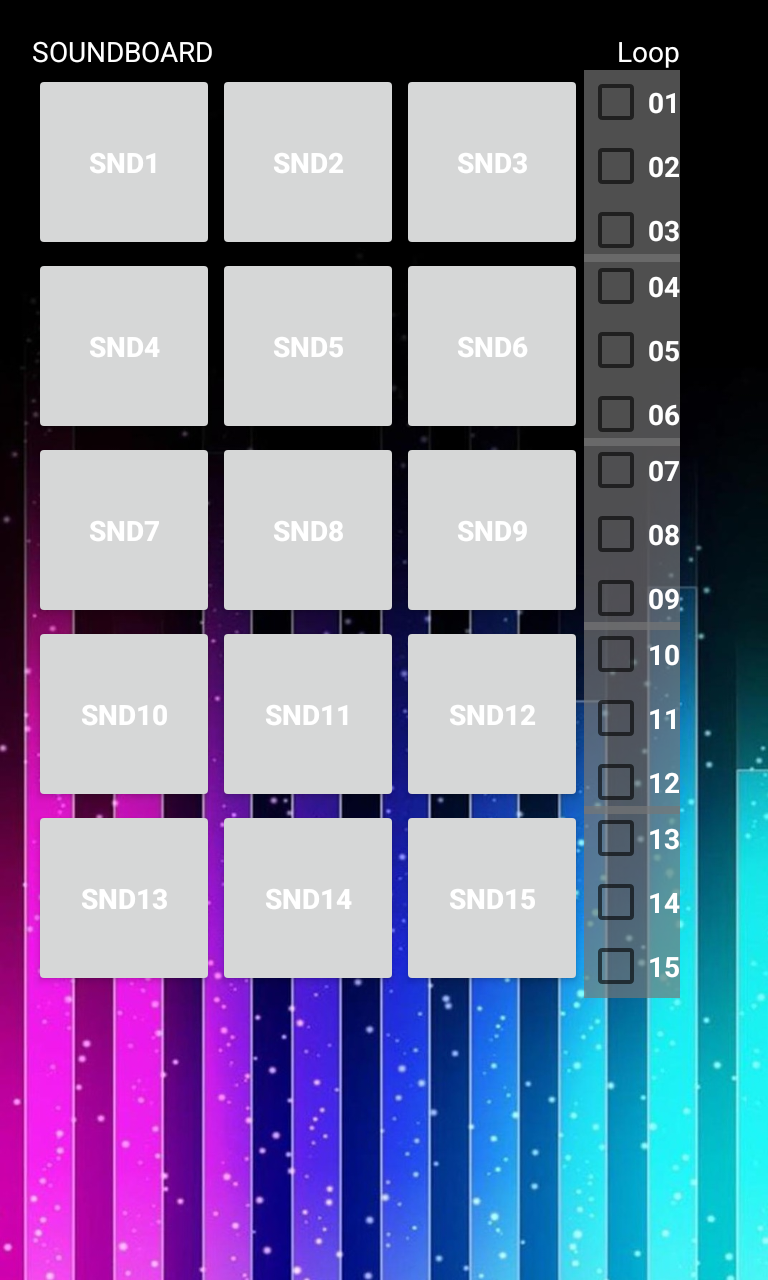
Repository: SoundBoardJAMJ/Project
Layout: workspace/SoundBoard/res/layout/defboard.xml
An editor plug-in stored every save of this project. The layout is shown before and after the next save, followed by the edit.
It is drawn on a 768 x 1280 px phone screen (xhdpi) without system bars, with theme AppTheme; the app's code is not run.

Above is the layout before, as saved 2014-05-02 07:33:20.

### workspace/SoundBoard/res/layout/defboard.xml
<ScrollView xmlns:android="http://schemas.android.com/apk/res/android"
xmlns:tools="http://schemas.android.com/tools"
android:layout_width="match_parent"
android:background="@drawable/image1"
android:layout_height="match_parent" >

<RelativeLayout
    android:layout_width="match_parent"
    android:layout_height="600dp"
    android:paddingBottom="@dimen/activity_vertical_margin"
    android:paddingLeft="@dimen/activity_horizontal_margin"
    android:paddingRight="@dimen/activity_horizontal_margin"
    android:paddingTop="@dimen/activity_vertical_margin"
    tools:context="com.example.soundtest.DefBoard$PlaceholderFragment" >

    <TextView
        android:id="@+id/textView1"
        android:layout_width="wrap_content"
        android:layout_height="wrap_content"
        android:textColor="@android:color/white"
        android:alpha="1.0"
        android:text="SOUNDBOARD" />

    <Button
        android:id="@+id/button1"
        android:layout_width="92dp"
        android:layout_height="92dp"
        android:layout_alignLeft="@+id/textView1"
        android:layout_below="@+id/textView1"
        android:onClick="ButtonOnClick"
        android:textColor="@android:color/white"
        android:alpha="1.0"
        android:textStyle="bold"
        android:text="snd1" />

    <Button
        android:id="@+id/button3"
        android:layout_width="92dp"
        android:layout_height="92dp"
        android:layout_alignBaseline="@+id/button2"
        android:layout_alignBottom="@+id/button2"
        android:layout_toRightOf="@+id/button2"
        android:onClick="ButtonOnClick"
        android:textColor="@android:color/white"
        android:alpha="1.0"
        android:textStyle="bold"
        android:text="snd3" />

    <Button
        android:id="@+id/button2"
        android:layout_width="92dp"
        android:layout_height="92dp"
        android:layout_alignBaseline="@+id/button1"
        android:layout_alignBottom="@+id/button1"
        android:layout_toRightOf="@+id/button1"
        android:onClick="ButtonOnClick"
        android:textColor="@android:color/white"
        android:alpha="1.0"
        android:textStyle="bold"
        android:text="snd2" />

    <Button
        android:id="@+id/button8"
        android:layout_width="92dp"
        android:layout_height="92dp"
        android:layout_alignBaseline="@+id/button7"
        android:layout_alignBottom="@+id/button7"
        android:layout_toRightOf="@+id/button4"
        android:onClick="ButtonOnClick"
        android:textColor="@android:color/white"
        android:alpha="1.0"
        android:textStyle="bold"
        android:text="snd8" />

    <Button
        android:id="@+id/button7"
        android:layout_width="92dp"
        android:layout_height="92dp"
        android:layout_below="@+id/button4"
        android:layout_toLeftOf="@+id/button8"
        android:onClick="ButtonOnClick"
        android:textColor="@android:color/white"
        android:alpha="1.0"
        android:textStyle="bold"
        android:text="snd7" />

    <Button
        android:id="@+id/button6"
        android:layout_width="92dp"
        android:layout_height="92dp"
        android:layout_alignBaseline="@+id/button5"
        android:layout_alignBottom="@+id/button5"
        android:layout_toRightOf="@+id/button5"
        android:onClick="ButtonOnClick"
        android:textColor="@android:color/white"
        android:alpha="1.0"
        android:textStyle="bold"
        android:text="snd6" />

    <Button
        android:id="@+id/button9"
        android:layout_width="92dp"
        android:layout_height="92dp"
        android:layout_alignBaseline="@+id/button8"
        android:layout_alignBottom="@+id/button8"
        android:layout_alignLeft="@+id/button6"
        android:onClick="ButtonOnClick"
        android:textColor="@android:color/white"
        android:alpha="1.0"
        android:textStyle="bold"
        android:text="snd9" />

    <Button
        android:id="@+id/button5"
        android:layout_width="92dp"
        android:layout_height="92dp"
        android:layout_below="@+id/button1"
        android:layout_toRightOf="@+id/button1"
        android:onClick="ButtonOnClick"
        android:textColor="@android:color/white"
        android:alpha="1.0"
        android:textStyle="bold"
        android:text="snd5" />

    <Button
        android:id="@+id/button10"
        android:layout_width="92dp"
        android:layout_height="92dp"
        android:layout_alignParentLeft="true"
        android:layout_below="@+id/button7"
        android:onClick="ButtonOnClick"
        android:textColor="@android:color/white"
        android:alpha="1.0"
        android:textStyle="bold"
        android:text="snd10" />

    <Button
        android:id="@+id/button11"
        android:layout_width="92dp"
        android:layout_height="92dp"
        android:layout_alignBaseline="@+id/button10"
        android:layout_alignBottom="@+id/button10"
        android:layout_toRightOf="@+id/button10"
        android:onClick="ButtonOnClick"
        android:textColor="@android:color/white"
        android:alpha="1.0"
        android:textStyle="bold"
        android:text="snd11" />

    <Button
        android:id="@+id/button13"
        android:layout_width="92dp"
        android:layout_height="92dp"
        android:layout_alignParentLeft="true"
        android:layout_below="@+id/button10"
        android:onClick="ButtonOnClick"
        android:textColor="@android:color/white"
        android:alpha="1.0"
        android:textStyle="bold"
        android:text="snd13" />

    <Button
        android:id="@+id/button14"
        android:layout_width="92dp"
        android:layout_height="92dp"
        android:layout_below="@+id/button10"
        android:layout_toLeftOf="@+id/button12"
        android:alpha="1.0"
        android:onClick="ButtonOnClick"
        android:text="snd14"
        android:textColor="@android:color/white"
        android:textStyle="bold" />

    <Button
        android:id="@+id/button15"
        android:layout_width="92dp"
        android:layout_height="92dp"
        android:layout_below="@+id/button11"
        android:layout_toRightOf="@+id/button14"
        android:alpha="1.0"
        android:onClick="ButtonOnClick"
        android:text="snd15"
        android:textColor="@android:color/white"
        android:textStyle="bold" />

    <Button
        android:id="@+id/button12"
        android:layout_width="92dp"
        android:layout_height="92dp"
        android:layout_below="@+id/button8"
        android:layout_toRightOf="@+id/button11"
        android:onClick="ButtonOnClick"
        android:textColor="@android:color/white"
        android:alpha="1.0"
        android:textStyle="bold"
        android:text="snd12" />

    <Button
        android:id="@+id/button4"
        android:layout_width="92dp"
        android:layout_height="92dp"
        android:layout_alignBaseline="@+id/button5"
        android:layout_alignBottom="@+id/button5"
        android:layout_toLeftOf="@+id/button5"
        android:onClick="ButtonOnClick"
        android:textColor="@android:color/white"
        android:alpha="1.0"
        android:textStyle="bold"
        android:text="snd4" />

    <CheckBox
        android:id="@+id/checkBox1"
        android:layout_width="wrap_content"
        android:layout_height="wrap_content"
        android:layout_alignTop="@+id/button3"
        android:layout_toRightOf="@+id/button3"
        android:alpha="1.0"
        android:onClick="TogOnClick"
        android:text="01"
        android:background="#AA777777"
        android:textColor="@android:color/white"
        android:textStyle="bold" />

    <CheckBox
        android:id="@+id/checkBox2"
        android:layout_width="wrap_content"
        android:layout_height="wrap_content"
        android:layout_below="@+id/checkBox1"
        android:layout_toRightOf="@+id/button3"
        android:onClick="TogOnClick"
        android:textColor="@android:color/white"
        android:alpha="1.0"
        android:textStyle="bold"
        android:background="#AA777777"
        android:text="02" />

    <CheckBox
        android:id="@+id/checkBox3"
        android:layout_width="wrap_content"
        android:layout_height="wrap_content"
        android:layout_alignLeft="@+id/checkBox2"
        android:layout_below="@+id/checkBox2"
        android:onClick="TogOnClick"
        android:textColor="@android:color/white"
        android:alpha="1.0"
        android:textStyle="bold"
        android:background="#AA777777"
        android:text="03" />

    <CheckBox
        android:id="@+id/checkBox4"
        android:layout_width="wrap_content"
        android:layout_height="wrap_content"
        android:layout_alignTop="@+id/button6"
        android:layout_toRightOf="@+id/button6"
        android:onClick="TogOnClick"
        android:textColor="@android:color/white"
        android:alpha="1.0"
        android:textStyle="bold"
        android:background="#AA777777"
        android:text="04" />

    <CheckBox
        android:id="@+id/checkBox5"
        android:layout_width="wrap_content"
        android:layout_height="wrap_content"
        android:layout_below="@+id/checkBox4"
        android:layout_toRightOf="@+id/button6"
        android:onClick="TogOnClick"
        android:textColor="@android:color/white"
        android:alpha="1.0"
        android:textStyle="bold"
        android:background="#AA777777"
        android:text="05" />

    <CheckBox
        android:id="@+id/checkBox6"
        android:layout_width="wrap_content"
        android:layout_height="wrap_content"
        android:layout_below="@+id/checkBox5"
        android:layout_toRightOf="@+id/button6"
        android:onClick="TogOnClick"
        android:textColor="@android:color/white"
        android:alpha="1.0"
        android:background="#AA777777"
        android:textStyle="bold"
        android:text="06" />

    <CheckBox
        android:id="@+id/checkBox7"
        android:layout_width="wrap_content"
        android:layout_height="wrap_content"
        android:layout_alignTop="@+id/button9"
        android:layout_toRightOf="@+id/button9"
        android:onClick="TogOnClick"
        android:textColor="@android:color/white"
        android:alpha="1.0"
        android:textStyle="bold"
        android:background="#AA777777"
        android:text="07" />

    <CheckBox
        android:id="@+id/checkBox8"
        android:layout_width="wrap_content"
        android:layout_height="wrap_content"
        android:layout_below="@+id/checkBox7"
        android:layout_toRightOf="@+id/button9"
        android:onClick="TogOnClick"
        android:textColor="@android:color/white"
        android:alpha="1.0"
        android:textStyle="bold"
        android:background="#AA777777"
        android:text="08" />

    <CheckBox
        android:id="@+id/checkBox9"
        android:layout_width="wrap_content"
        android:layout_height="wrap_content"
        android:layout_below="@+id/checkBox8"
        android:layout_toRightOf="@+id/button9"
        android:onClick="TogOnClick"
        android:textColor="@android:color/white"
        android:alpha="1.0"
        android:textStyle="bold"
        android:background="#AA777777"
        android:text="09" />

    <CheckBox
        android:id="@+id/checkBox10"
        android:layout_width="wrap_content"
        android:layout_height="wrap_content"
        android:layout_alignTop="@+id/button12"
        android:layout_toRightOf="@+id/button12"
        android:onClick="TogOnClick"
        android:textColor="@android:color/white"
        android:alpha="1.0"
        android:textStyle="bold"
        android:background="#AA777777"
        android:text="10" />

    <CheckBox
        android:id="@+id/checkBox11"
        android:layout_width="wrap_content"
        android:layout_height="wrap_content"
        android:layout_below="@+id/checkBox10"
        android:layout_toRightOf="@+id/button12"
        android:onClick="TogOnClick"
        android:textColor="@android:color/white"
        android:alpha="1.0"
        android:textStyle="bold"
        android:background="#AA777777"
        android:text="11" />

    <CheckBox
        android:id="@+id/checkBox12"
        android:layout_width="wrap_content"
        android:layout_height="wrap_content"
        android:layout_alignLeft="@+id/checkBox11"
        android:layout_below="@+id/checkBox11"
        android:onClick="TogOnClick"
        android:textColor="@android:color/white"
        android:alpha="1.0"
        android:textStyle="bold"
        android:background="#AA777777"
        android:text="12" />

    <CheckBox
        android:id="@+id/checkBox13"
        android:layout_width="wrap_content"
        android:layout_height="wrap_content"
        android:layout_alignTop="@+id/button15"
        android:layout_toRightOf="@+id/button15"
        android:onClick="TogOnClick"
        android:textColor="@android:color/white"
        android:alpha="1.0"
        android:textStyle="bold"
        android:background="#AA777777"
        android:text="13" />

    <CheckBox
        android:id="@+id/checkBox14"
        android:layout_width="wrap_content"
        android:layout_height="wrap_content"
        android:layout_below="@+id/checkBox13"
        android:layout_toRightOf="@+id/button15"
        android:onClick="TogOnClick"
        android:textColor="@android:color/white"
        android:alpha="1.0"
        android:background="#AA777777"
        android:textStyle="bold"
        android:text="14" />

    <CheckBox
        android:id="@+id/checkBox15"
        android:layout_width="wrap_content"
        android:layout_height="wrap_content"
        android:layout_below="@+id/checkBox14"
        android:layout_toRightOf="@+id/button15"
        android:onClick="TogOnClick"
        android:textColor="@android:color/white"
        android:alpha="1.0"
        android:textStyle="bold"
        android:background="#AA777777"
        android:text="15" />

    <TextView
        android:id="@+id/textView2"
        android:layout_width="wrap_content"
        android:layout_height="wrap_content"
        android:layout_alignBottom="@+id/textView1"
        android:layout_alignRight="@+id/checkBox10"
        android:textColor="@android:color/white"
        android:alpha="1.0"
        android:text="Loop" />

</RelativeLayout>
</ScrollView>

Loaded but not shown: workspace/SoundBoard/res/values/styles.xml (common file); workspace/SoundBoard/res/values-v11/styles.xml (common file); workspace/SoundBoard/res/values-v14/styles.xml (common file); workspace/SoundBoard/res/values/dimens.xml (common file); workspace/SoundBoard/res/values-w820dp/dimens.xml (common file)

After the next save:
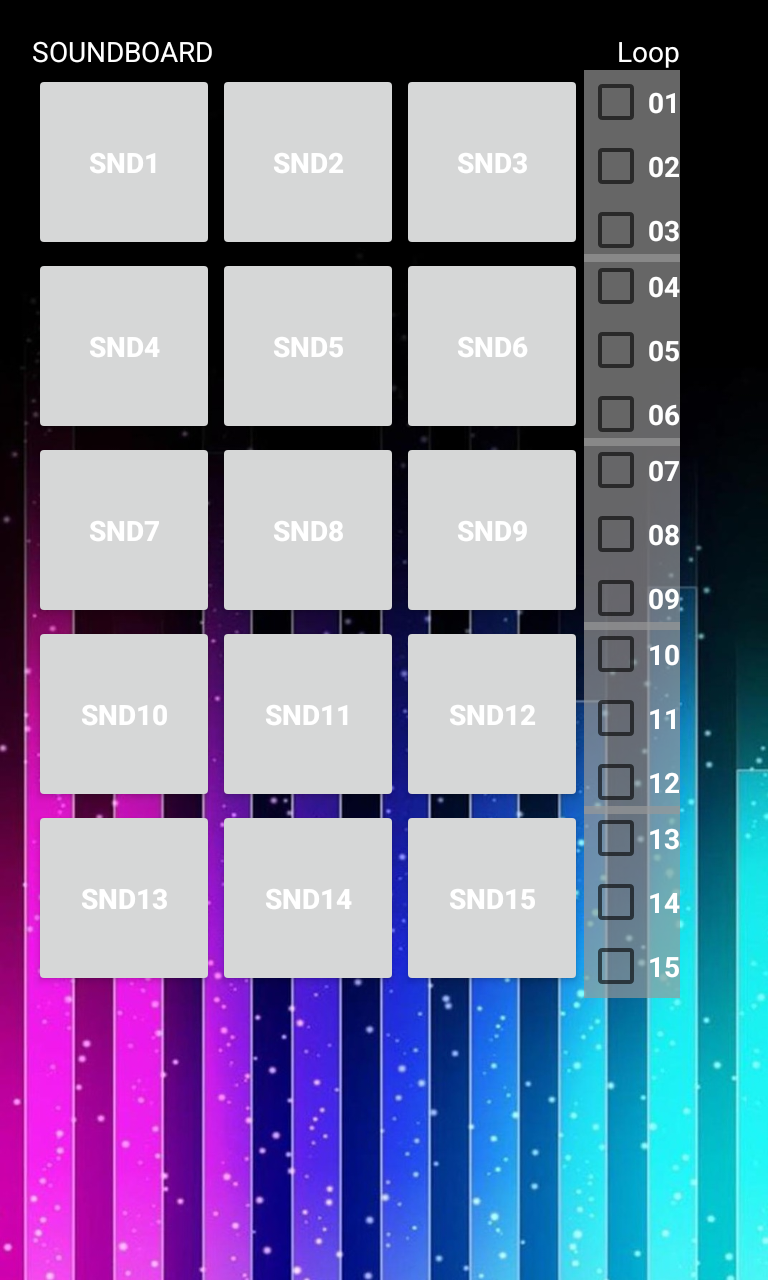
Saved 55 s later.
--- a/workspace/SoundBoard/res/layout/defboard.xml
+++ b/workspace/SoundBoard/res/layout/defboard.xml
@@ -217,7 +217,7 @@ android:layout_height="match_parent" >
         android:alpha="1.0"
         android:onClick="TogOnClick"
         android:text="01"
-        android:background="#AA777777"
+        android:background="#AA999999"
         android:textColor="@android:color/white"
         android:textStyle="bold" />
 
@@ -231,7 +231,7 @@ android:layout_height="match_parent" >
         android:textColor="@android:color/white"
         android:alpha="1.0"
         android:textStyle="bold"
-        android:background="#AA777777"
+        android:background="#AA999999"
         android:text="02" />
 
     <CheckBox
@@ -244,7 +244,7 @@ android:layout_height="match_parent" >
         android:textColor="@android:color/white"
         android:alpha="1.0"
         android:textStyle="bold"
-        android:background="#AA777777"
+        android:background="#AA999999"
         android:text="03" />
 
     <CheckBox
@@ -257,7 +257,7 @@ android:layout_height="match_parent" >
         android:textColor="@android:color/white"
         android:alpha="1.0"
         android:textStyle="bold"
-        android:background="#AA777777"
+        android:background="#AA999999"
         android:text="04" />
 
     <CheckBox
@@ -270,7 +270,7 @@ android:layout_height="match_parent" >
         android:textColor="@android:color/white"
         android:alpha="1.0"
         android:textStyle="bold"
-        android:background="#AA777777"
+        android:background="#AA999999"
         android:text="05" />
 
     <CheckBox
@@ -282,7 +282,7 @@ android:layout_height="match_parent" >
         android:onClick="TogOnClick"
         android:textColor="@android:color/white"
         android:alpha="1.0"
-        android:background="#AA777777"
+        android:background="#AA999999"
         android:textStyle="bold"
         android:text="06" />
 
@@ -296,7 +296,7 @@ android:layout_height="match_parent" >
         android:textColor="@android:color/white"
         android:alpha="1.0"
         android:textStyle="bold"
-        android:background="#AA777777"
+        android:background="#AA999999"
         android:text="07" />
 
     <CheckBox
@@ -309,7 +309,7 @@ android:layout_height="match_parent" >
         android:textColor="@android:color/white"
         android:alpha="1.0"
         android:textStyle="bold"
-        android:background="#AA777777"
+        android:background="#AA999999"
         android:text="08" />
 
     <CheckBox
@@ -322,7 +322,7 @@ android:layout_height="match_parent" >
         android:textColor="@android:color/white"
         android:alpha="1.0"
         android:textStyle="bold"
-        android:background="#AA777777"
+        android:background="#AA999999"
         android:text="09" />
 
     <CheckBox
@@ -335,7 +335,7 @@ android:layout_height="match_parent" >
         android:textColor="@android:color/white"
         android:alpha="1.0"
         android:textStyle="bold"
-        android:background="#AA777777"
+        android:background="#AA999999"
         android:text="10" />
 
     <CheckBox
@@ -348,7 +348,7 @@ android:layout_height="match_parent" >
         android:textColor="@android:color/white"
         android:alpha="1.0"
         android:textStyle="bold"
-        android:background="#AA777777"
+        android:background="#AA999999"
         android:text="11" />
 
     <CheckBox
@@ -361,7 +361,7 @@ android:layout_height="match_parent" >
         android:textColor="@android:color/white"
         android:alpha="1.0"
         android:textStyle="bold"
-        android:background="#AA777777"
+        android:background="#AA999999"
         android:text="12" />
 
     <CheckBox
@@ -374,7 +374,7 @@ android:layout_height="match_parent" >
         android:textColor="@android:color/white"
         android:alpha="1.0"
         android:textStyle="bold"
-        android:background="#AA777777"
+        android:background="#AA999999"
         android:text="13" />
 
     <CheckBox
@@ -386,7 +386,7 @@ android:layout_height="match_parent" >
         android:onClick="TogOnClick"
         android:textColor="@android:color/white"
         android:alpha="1.0"
-        android:background="#AA777777"
+        android:background="#AA999999"
         android:textStyle="bold"
         android:text="14" />
 
@@ -400,7 +400,7 @@ android:layout_height="match_parent" >
         android:textColor="@android:color/white"
         android:alpha="1.0"
         android:textStyle="bold"
-        android:background="#AA777777"
+        android:background="#AA999999"
         android:text="15" />
 
     <TextView
